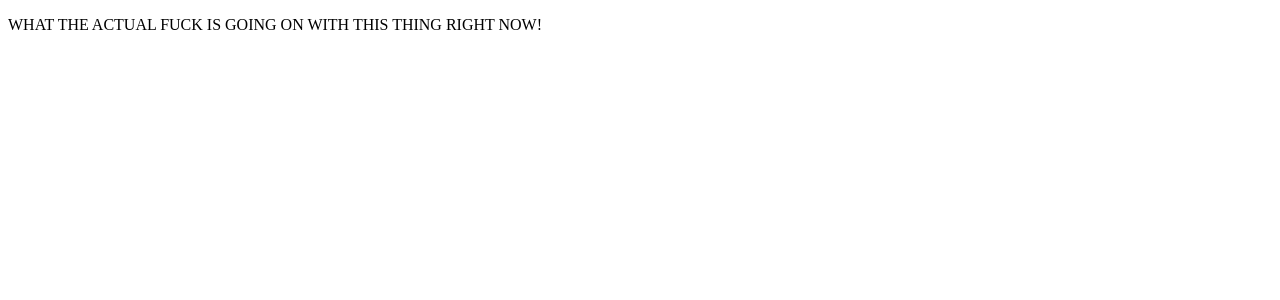
Repository: carryegaulin31/great-novels-api
Page: public/index.html
The author's editor kept a copy of each file at every save. The page is drawn from the files as they stood at one save, then again after a run of saves.
The browser window is 1280 px wide. The pictures show the whole page.

Above is the page before, as saved 2021-06-02 17:35:39.

After the next 5 saves:
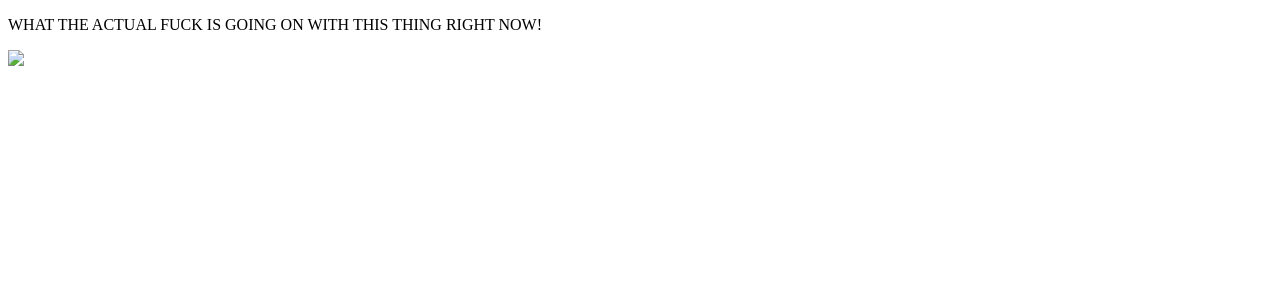
The 5 saves are shown as one change because they came seconds apart.
The last was saved 14 s later.
--- a/public/index.html
+++ b/public/index.html
@@ -8,6 +8,6 @@
 </head>
 <body>
   <p>WHAT THE ACTUAL FUCK IS GOING ON WITH THIS THING RIGHT NOW!</p>
-  <img src
+  <img src="./"
 </body>
 </html>
